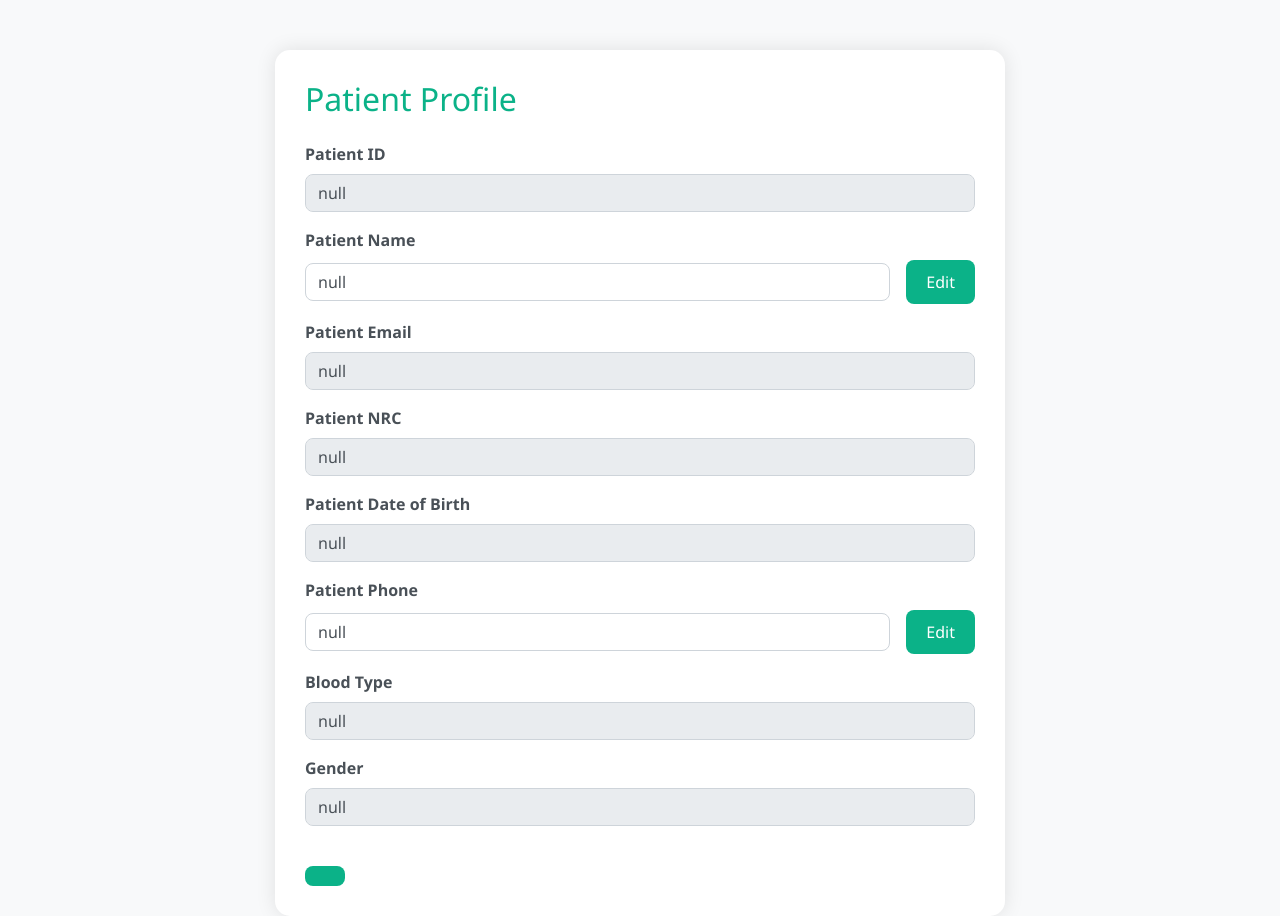
Repository: theonlymono/FitfinityHealthcareWebsiteJ2EE
Page: http://localhost/Fitfinity/ProfileUpdate.jsp
The author's editor kept a copy of each file at every save. The page is drawn from the files as they stood at one save, then again after a run of saves.
The browser window is 1280 px wide. The pictures show the whole page.
Some web libraries are served in a nearby version. The page is served by Tomcat 9. Queries for data that is not in the repository find no rows.

Above is the page before, as saved 2024-03-03 10:51:23.

After the next 2 saves:
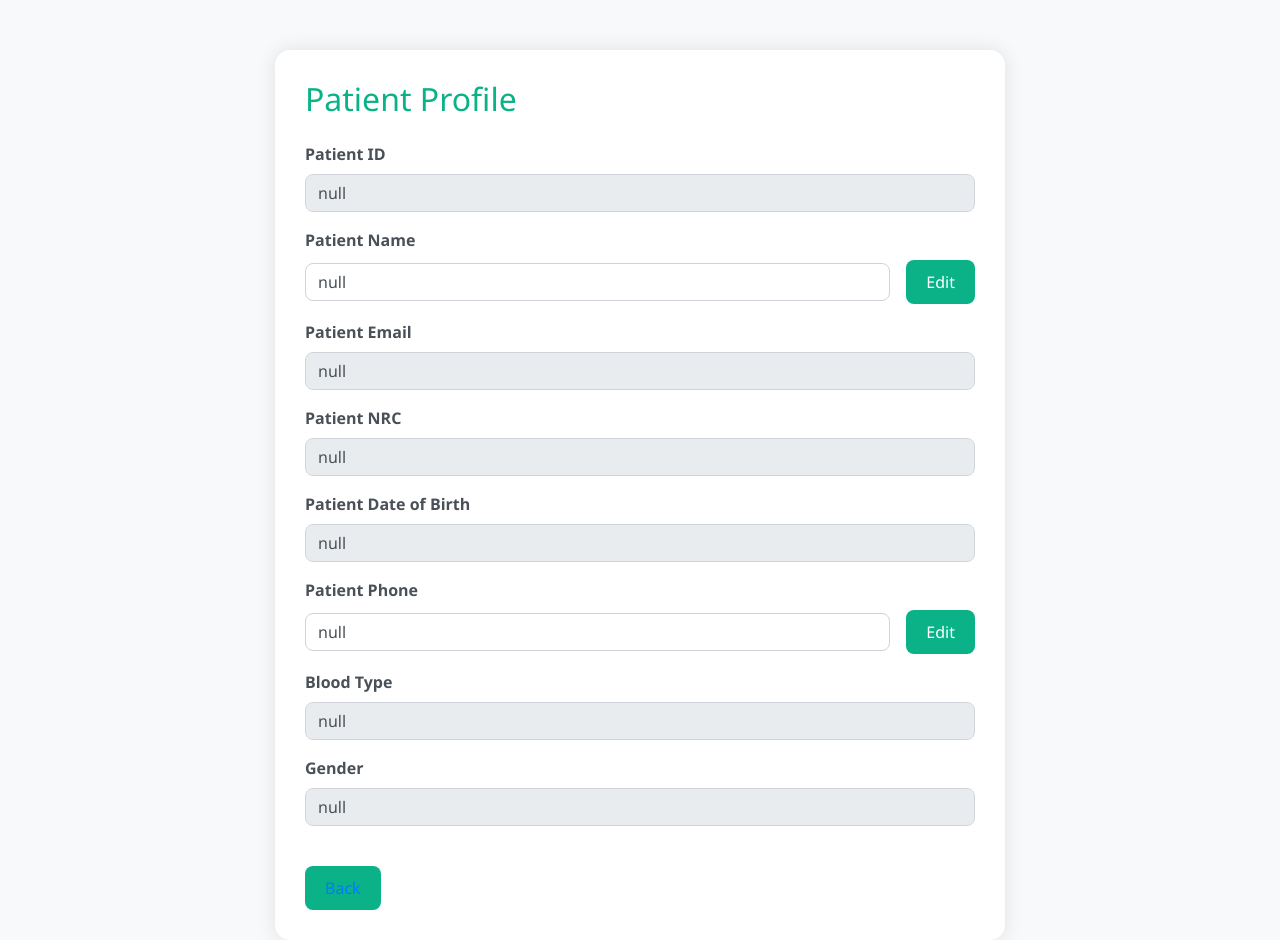
The 2 saves are shown as one change because they came seconds apart.
The last was saved 8 s later.
--- a/fitfinity/Fitfinity/WebContent/ProfileUpdate.jsp
+++ b/fitfinity/Fitfinity/WebContent/ProfileUpdate.jsp
@@ -173,7 +173,7 @@
         </div>
 
         <!-- Back Button -->
-        <button class="back-button mt-4" ><a></a></button>
+        <button class="back-button mt-4" ><a href="">Back</a></button>
 
 
 
